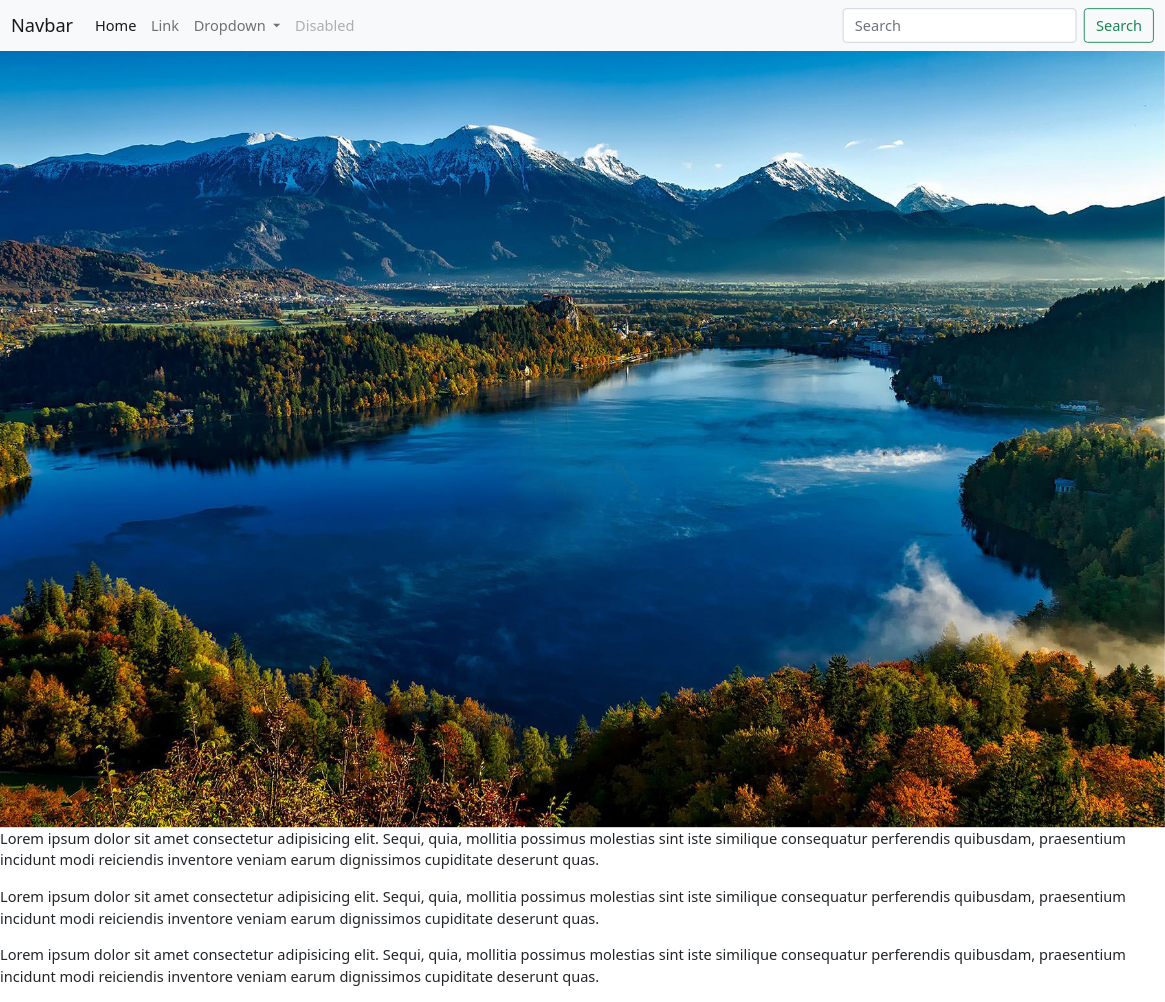
Repository: nptg3105/lab04-landing-page-boostrap5
Page: index.html
An editor plug-in stored every save of this project. The page is shown before and after the next save, followed by the edit.
The browser window is 1280 px wide. The pictures show the whole page, at 91% of full size.

Above is the page before, as saved 2021-12-17 06:08:23.

After the next save:
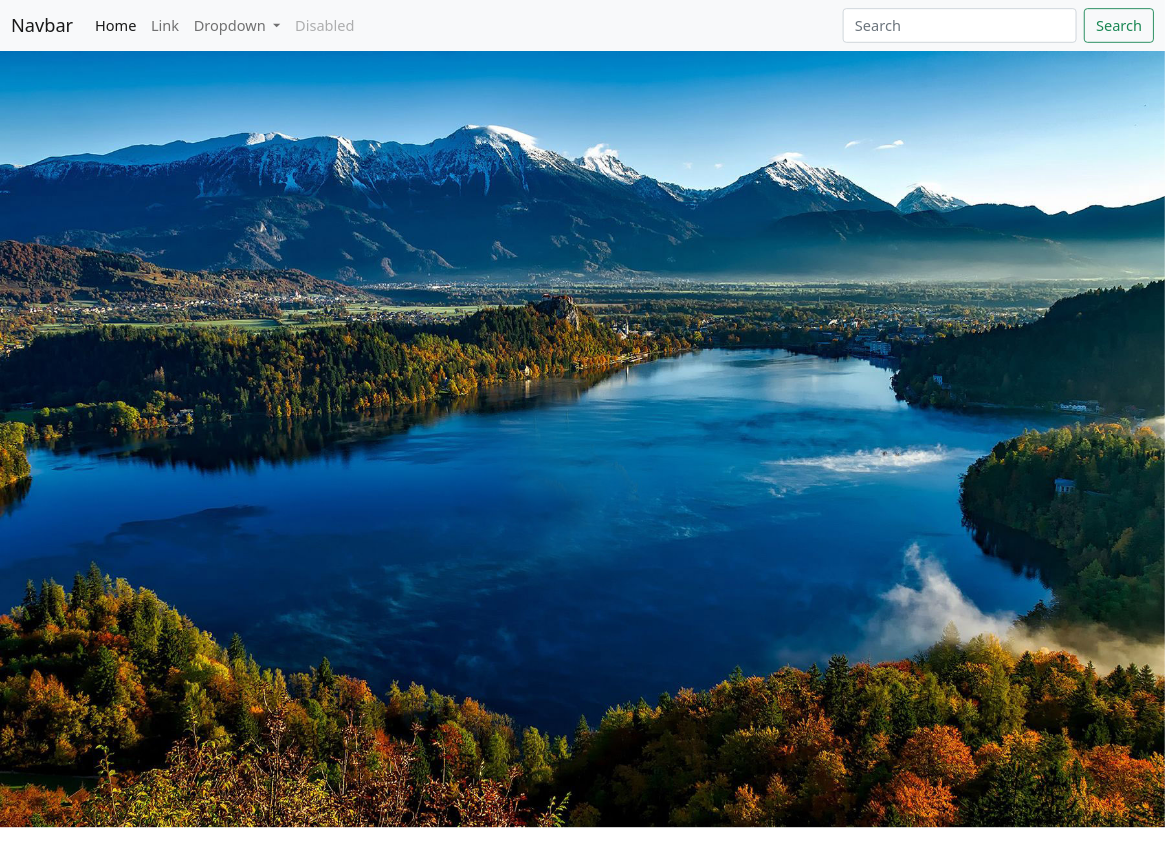
Saved 12 s later.
--- a/index.html
+++ b/index.html
@@ -79,23 +79,7 @@
         <img src="images/hero.jpg" alt="" class="img-fluid" />
       </div>
     </header>
-    <p>
-      Lorem ipsum dolor sit amet consectetur adipisicing elit. Sequi, quia,
-      mollitia possimus molestias sint iste similique consequatur perferendis
-      quibusdam, praesentium incidunt modi reiciendis inventore veniam earum
-      dignissimos cupiditate deserunt quas.
-    </p>
-    <p>
-      Lorem ipsum dolor sit amet consectetur adipisicing elit. Sequi, quia,
-      mollitia possimus molestias sint iste similique consequatur perferendis
-      quibusdam, praesentium incidunt modi reiciendis inventore veniam earum
-      dignissimos cupiditate deserunt quas.
-    </p>
-    <p>
-      Lorem ipsum dolor sit amet consectetur adipisicing elit. Sequi, quia,
-      mollitia possimus molestias sint iste similique consequatur perferendis
-      quibusdam, praesentium incidunt modi reiciendis inventore veniam earum
-      dignissimos cupiditate deserunt quas.
+
     </p>
 
     <script
